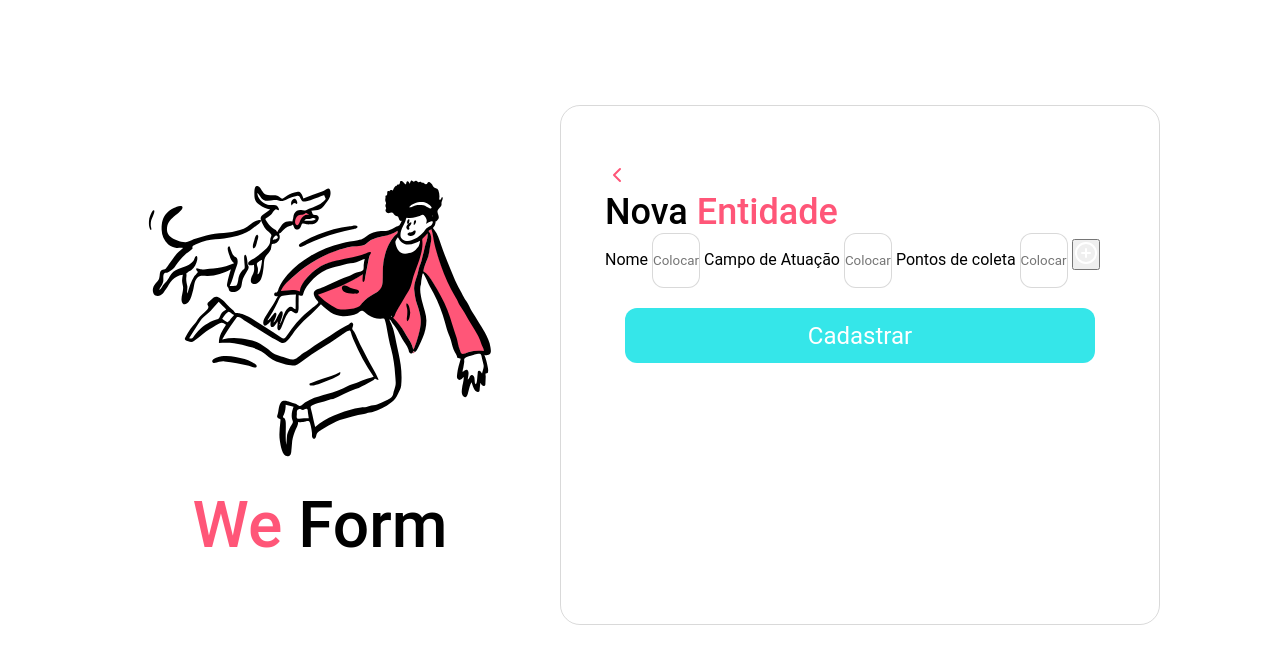
Repository: guilhermecardoso93/we-form
Page: nova-entidade.html
An editor plug-in stored every save of this project. The page is shown before and after the next save, followed by the edit.
The browser window is 1280 px wide. The pictures show the whole page.
Some web libraries are served in a nearby version.

Above is the page before, as saved 2024-06-09 18:06:29.

After the next save:
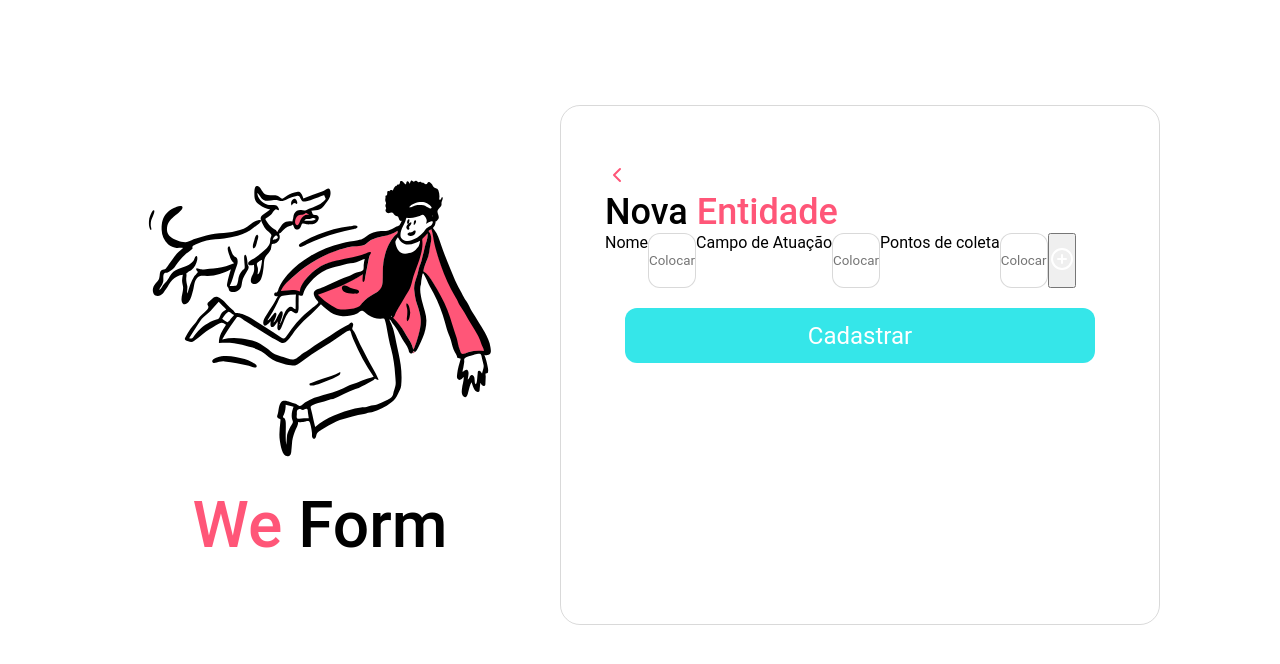
Saved 14 s later.
--- a/styles.css
+++ b/styles.css
@@ -110,6 +110,9 @@ main h2 {
   text-decoration: none;
 }
 
+main form {
+  display: flex;
+}
 
 main form input {
   width: 4.8rem;
